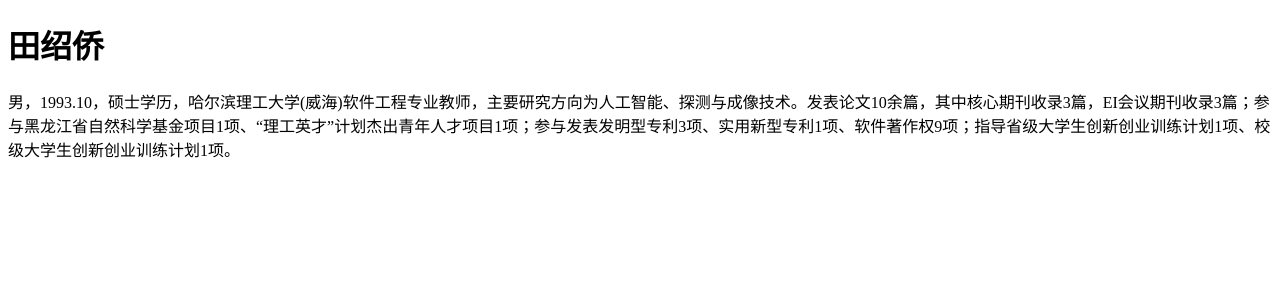
Repository: 402-Lab/402-Lab.github.io
Page: people/tian.html
An editor plug-in stored every save of this project. The page is shown before and after the next save, followed by the edit.
The browser window is 1280 px wide. The pictures show the whole page.

Above is the page before, as saved 2022-04-22 11:15:49.

### people/tian.html
<!DOCTYPE html>
<html>
<head>
<meta charset="utf-8">
<title>Shaoqiao Tian</title>
</head>
<body>
    <h1>田绍侨</h1>
    <p>男，1993.10，硕士学历，哈尔滨理工大学(威海)软件工程专业教师，主要研究方向为人工智能、探测与成像技术。发表论文10余篇，其中核心期刊收录3篇，EI会议期刊收录3篇；参与黑龙江省自然科学基金项目1项、“理工英才”计划杰出青年人才项目1项；参与发表发明型专利3项、实用新型专利1项、软件著作权9项；指导省级大学生创新创业训练计划1项、校级大学生创新创业训练计划1项。</p>
</body>
</html>

After the next save:
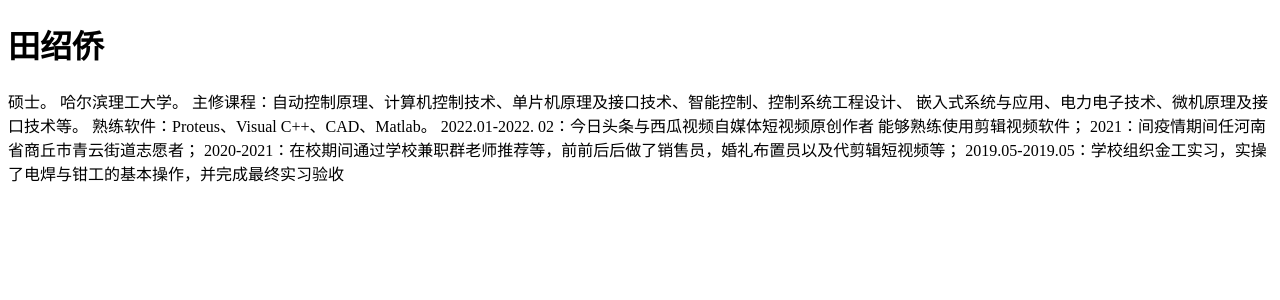
Saved 87 s later.
--- a/people/tian.html
+++ b/people/tian.html
@@ -6,6 +6,15 @@
 </head>
 <body>
     <h1>田绍侨</h1>
-    <p>男，1993.10，硕士学历，哈尔滨理工大学(威海)软件工程专业教师，主要研究方向为人工智能、探测与成像技术。发表论文10余篇，其中核心期刊收录3篇，EI会议期刊收录3篇；参与黑龙江省自然科学基金项目1项、“理工英才”计划杰出青年人才项目1项；参与发表发明型专利3项、实用新型专利1项、软件著作权9项；指导省级大学生创新创业训练计划1项、校级大学生创新创业训练计划1项。</p>
+    <p> 硕士。
+        哈尔滨理工大学。
+        主修课程：自动控制原理、计算机控制技术、单片机原理及接口技术、智能控制、控制系统工程设计、
+        嵌入式系统与应用、电力电子技术、微机原理及接口技术等。
+        熟练软件：Proteus、Visual C++、CAD、Matlab。
+            2022.01-2022. 02：今日头条与西瓜视频自媒体短视频原创作者 能够熟练使用剪辑视频软件；
+        	2021：间疫情期间任河南省商丘市青云街道志愿者；
+        	2020-2021：在校期间通过学校兼职群老师推荐等，前前后后做了销售员，婚礼布置员以及代剪辑短视频等；
+        	2019.05-2019.05：学校组织金工实习，实操了电焊与钳工的基本操作，并完成最终实习验收
+        </p>
 </body>
 </html>
